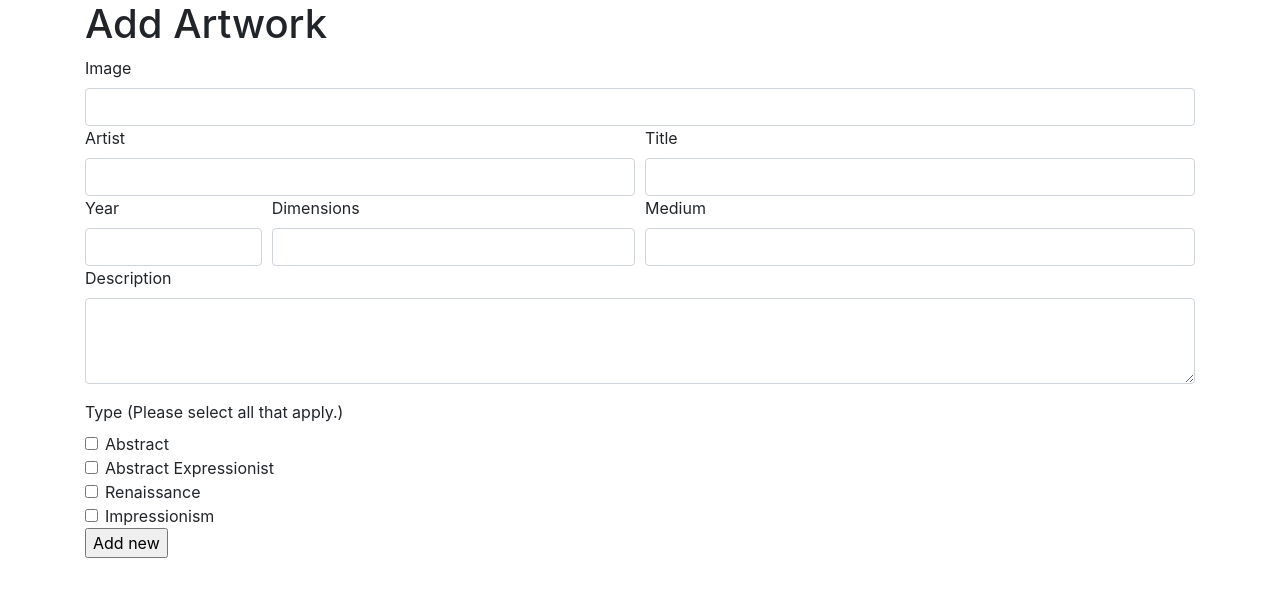
Repository: lynette-lyf/artwork-inventory
Page: http://localhost/add-artwork
The author's editor kept a record of every edit. The page is drawn from the files as they stood at one moment, then again after the next edit.
The browser window is 1280 px wide. The pictures show the whole page.
The page is served by the project's application, run on Flask 3 (app.py).

Above is the page before.

### templates/add_artwork.template.html
<!doctype html>
<html lang="en">
  <head>
    <!-- Required meta tags -->
    <meta charset="utf-8">
    <meta name="viewport" content="width=device-width, initial-scale=1, shrink-to-fit=no">

    <!-- Bootstrap CSS -->
    <link rel="stylesheet" href="https://stackpath.bootstrapcdn.com/bootstrap/4.3.1/css/bootstrap.min.css" integrity="sha384-ggOyR0iXCbMQv3Xipma34MD+dH/1fQ784/j6cY/iJTQUOhcWr7x9JvoRxT2MZw1T" crossorigin="anonymous">

    <title>Add Artwork</title>
  </head>
  <body>
    <div class='container'>
        <h1>Add Artwork</h1>
        <form class='form' method="POST">
          <div class='form-row'>
              <div class='col-12'>
                <label>Image</label>
                <input type='text' class='form-control' name='image'/>
            </div>
            <div class='col-6'>
                <label>Artist</label>
                <input type='text' class='form-control' name='artist'/>
            </div>
            <div class='col-6'>
                <label>Title</label>
                <input type='text' class='form-control' name='title'/>
            </div>
          </div>

          <div class='form-row'>
            <div class='col-2'>
                <label>Year</label>
                <input type='text' class='form-control' maxlength='4' name='year'/>
            </div>
            <div class='col-4'>
                <label>Dimensions</label>
                <input type='text' class='form-control' name='dimensions'/>
            </div>
            <div class='col-6'>
                <label>Medium</label>
                <input type='text' class='form-control' name='medium'/>
            </div>
          </div>

            <div class='form-group'>
                <label>Description</label>
                <textarea class="form-control" rows="3" name='description'></textarea>
            </div>

            <!--Use checkboxes to allow user to select more than 1 type (translate to array)-->

            <label>Type (Please select all that apply.)</label>

            <div class="form-check">
              <input class="form-check-input" type="checkbox" value="Abstract" id="type" name="type">
              <label class="form-check-label" for="type">
                Abstract
              </label>
            </div>

            <div class="form-check">
              <input class="form-check-input" type="checkbox" value="Abstract Expressionist" id="type" name="type">
              <label class="form-check-label" for="type">
                Abstract Expressionist
              </label>
            </div>
            <div class="form-check">
              <input class="form-check-input" type="checkbox" value="Renaissance" id="type" name="type">
              <label class="form-check-label" for="type">
                Renaissance
              </label>
            </div>
            <div class="form-check">
              <input class="form-check-input" type="checkbox" value="Impressionism" id="type" name="type">
              <label class="form-check-label" for="type">
                Impressionism
              </label>
            </div>

            <input type="submit" value="Add new"/>
        </form>
    </div>

    <!-- Optional JavaScript -->
    <!-- jQuery first, then Popper.js, then Bootstrap JS -->
    <script src="https://code.jquery.com/jquery-3.3.1.slim.min.js" integrity="sha384-q8i/X+965DzO0rT7abK41JStQIAqVgRVzpbzo5smXKp4YfRvH+8abtTE1Pi6jizo" crossorigin="anonymous"></script>
    <script src="https://cdnjs.cloudflare.com/ajax/libs/popper.js/1.14.7/umd/popper.min.js" integrity="sha384-UO2eT0CpHqdSJQ6hJty5KVphtPhzWj9WO1clHTMGa3JDZwrnQq4sF86dIHNDz0W1" crossorigin="anonymous"></script>
    <script src="https://stackpath.bootstrapcdn.com/bootstrap/4.3.1/js/bootstrap.min.js" integrity="sha384-JjSmVgyd0p3pXB1rRibZUAYoIIy6OrQ6VrjIEaFf/nJGzIxFDsf4x0xIM+B07jRM" crossorigin="anonymous"></script>
  </body>
</html>

### app.py
from flask import Flask, render_template, request, redirect, url_for
import os

import pymongo

# 1. Retrieve the environment variables
# MONGO_URI = os.getenv('MONGO_URI')
# DATABASE_NAME = 'artworksAndConsigners'

MONGO_URI = "mongodb+srv://admin:pw@gallery-cwjwv.mongodb.net/test?retryWrites=true&w=majority"
DATABASE_NAME = "artworksAndConsigners"
conn = pymongo.MongoClient(MONGO_URI)

# 2. Create the connection
def get_connection():
    conn = pymongo.MongoClient(MONGO_URI)
    return conn

app = Flask(__name__)

@app.route('/')
def index():
    artworksAndConsigners = conn[DATABASE_NAME]['artworksAndConsigners'].find()
    return render_template('index.template.html', results=artworksAndConsigners)


@app.route('/add-artwork')
def show_add_artwork_form():
    return render_template('add_artwork.template.html')

@app.route('/add-artwork', methods=['POST'])
def process_add_artwork_form():
    image = request.form.get('image')
    artist = request.form['artist']
    title = request.form['title']
    year = request.form['year']
    dimensions = request.form['dimensions']
    medium = request.form['medium']
    description = request.form['description']

    type = request.form['type']

    conn = get_connection()
    conn[DATABASE_NAME]['artworksAndConsigners'].insert({
        "image" : image,
        "artist" : artist,
        "title" : title,
        "year" : year,
        "dimensions" : dimensions,
        "medium" : medium,
        "description" : description,

        "type" : type
    })

    # redirect back to root url
    return redirect("/")



# "magic code" -- boilerplate
if __name__ == '__main__':
    app.run(host=os.environ.get('IP'),
    port=int(os.environ.get('PORT')),
    debug=True)

After the next edit:
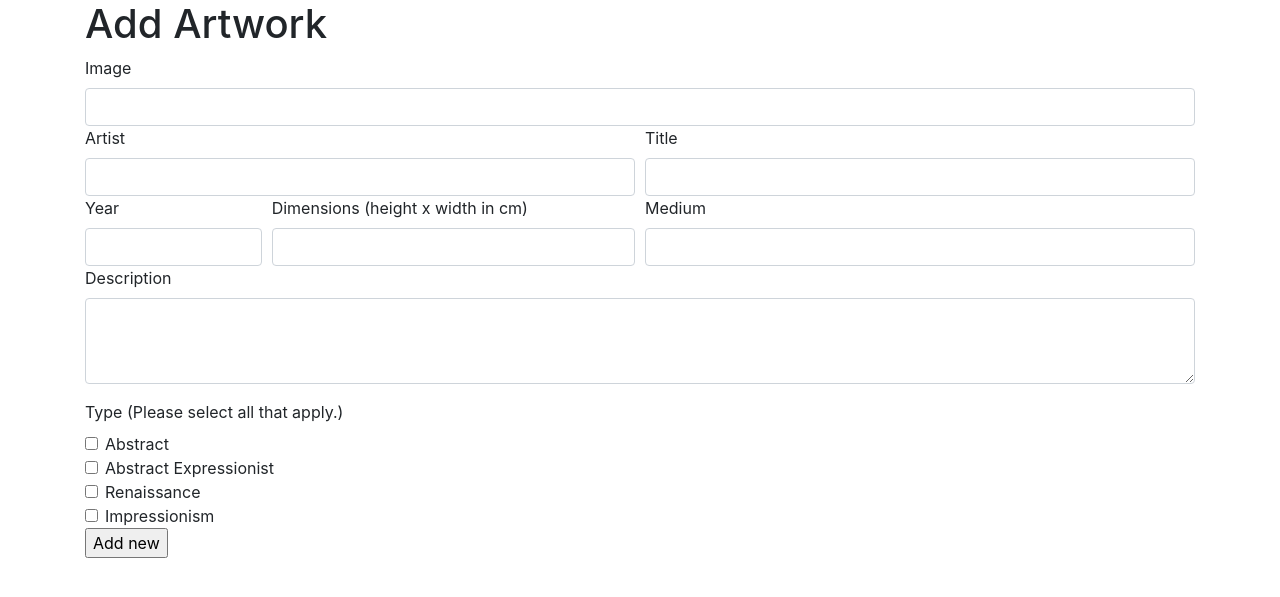
The edit:
--- a/templates/add_artwork.template.html
+++ b/templates/add_artwork.template.html
@@ -35,7 +35,7 @@
                 <input type='text' class='form-control' maxlength='4' name='year'/>
             </div>
             <div class='col-4'>
-                <label>Dimensions</label>
+                <label>Dimensions (height x width in cm)</label>
                 <input type='text' class='form-control' name='dimensions'/>
             </div>
             <div class='col-6'>
